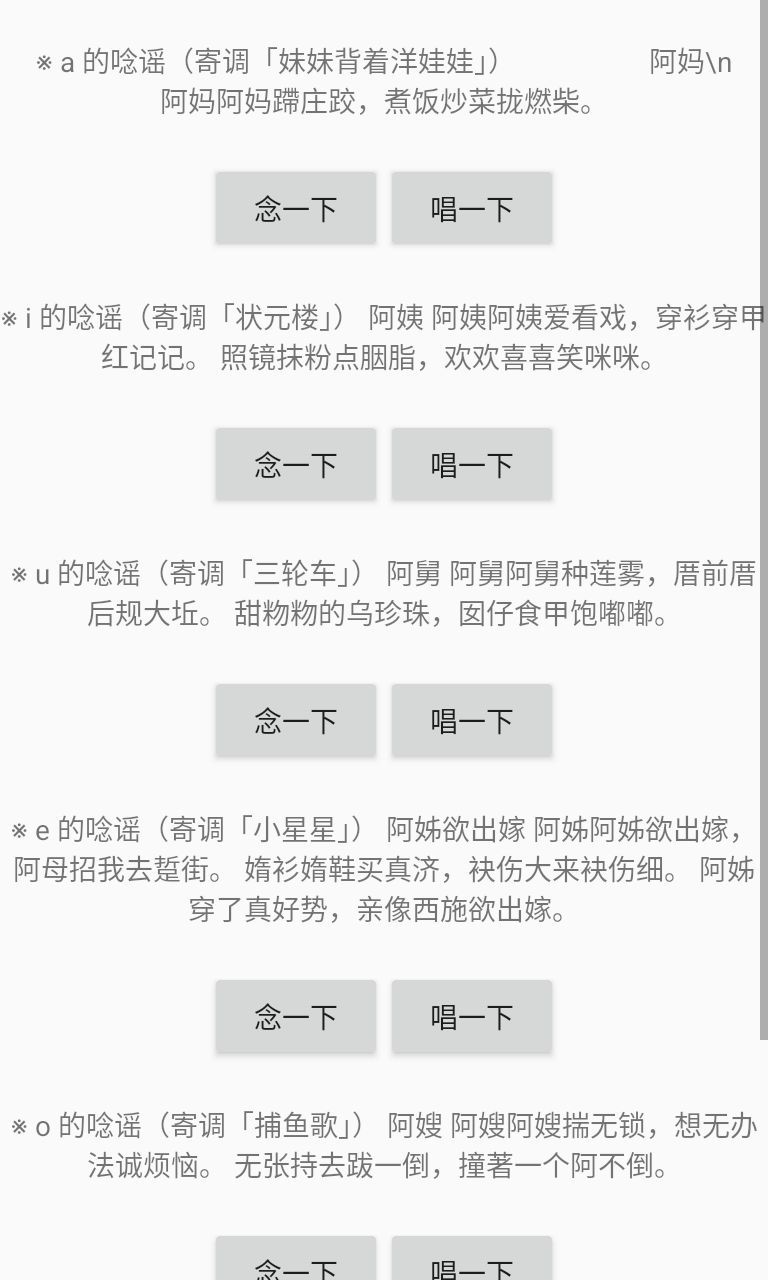
Repository: DIRONY/MinXue
Layout: MinXue/res/layout/fragment_nianyao.xml
An editor plug-in stored every save of this project. The layout is shown before and after the next save, followed by the edit.
It is drawn on a 768 x 1280 px phone screen (xhdpi) without system bars, with theme AppTheme; the app's code is not run.

Above is the layout before, as saved 2014-12-03 06:40:20.

After the next save:
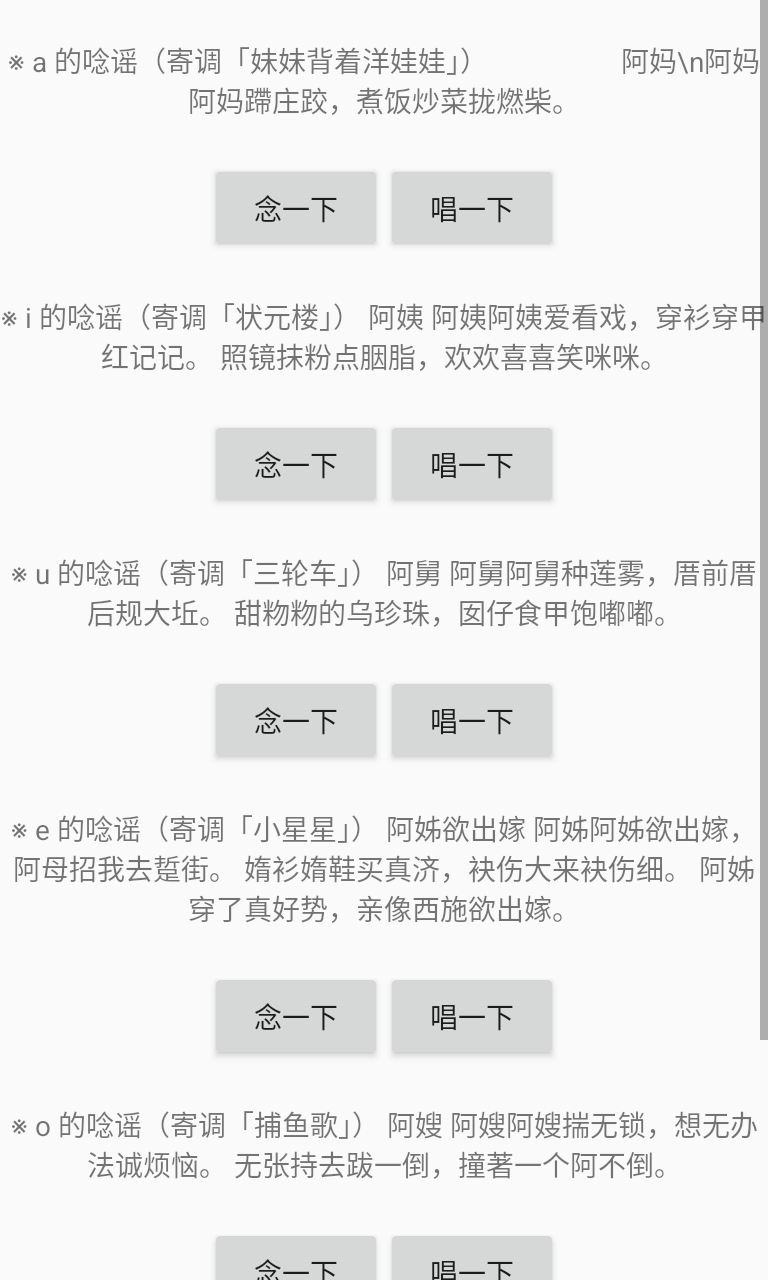
Saved 23 s later.
--- a/MinXue/res/layout/fragment_nianyao.xml
+++ b/MinXue/res/layout/fragment_nianyao.xml
@@ -15,8 +15,7 @@
             android:layout_marginTop="20dp"
             android:gravity="center"
             android:text="※ a 的唸谣（寄调「妹妹背着洋娃娃」）
-                  阿妈\n
-                  阿妈阿妈蹛庄跤，煮饭炒菜拢燃柴。"/>
+                  阿妈\n阿妈阿妈蹛庄跤，煮饭炒菜拢燃柴。"/>
 
         <LinearLayout
             android:layout_width="wrap_content"
